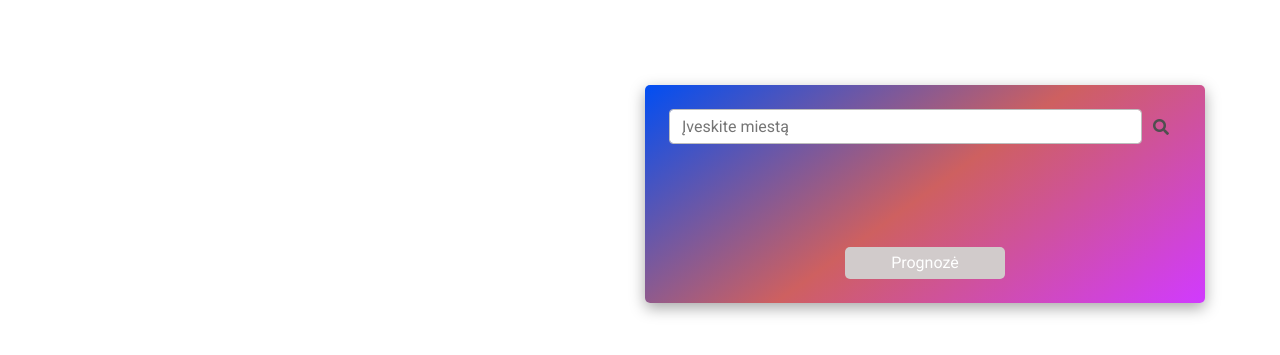
Repository: daxazz1/Weather-app
Page: index.html
The author's editor kept a copy of each file at every save. The page is drawn from the files as they stood at one save, then again after the next save.
The browser window is 1280 px wide. The pictures show the whole page.
Some web fonts or font styles are not loaded; a fallback is used. Some web libraries are served in a nearby version.

Above is the page before, as saved 2021-11-08 12:31:39.

After the next save:
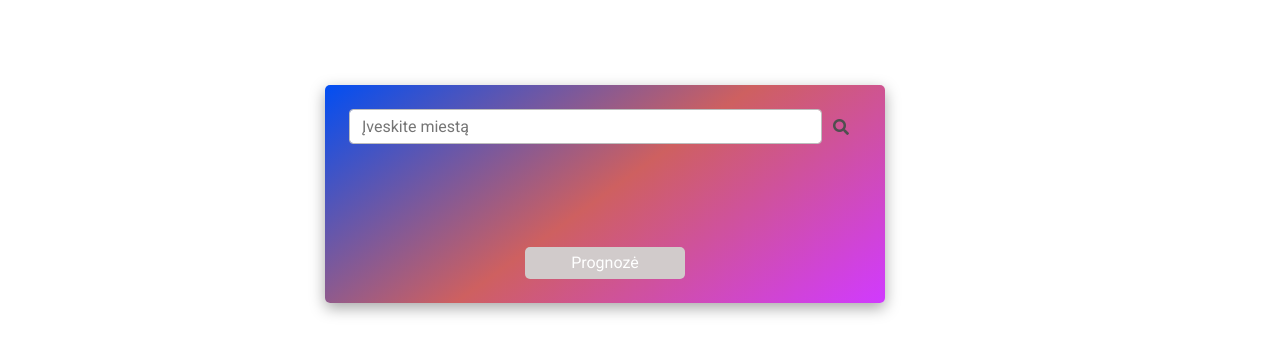
Saved 7 s later.
--- a/style.css
+++ b/style.css
@@ -3,7 +3,7 @@
   height: auto;
   display: block;
   padding-top: 5rem;
-  margin: 0 50%;
+  margin: 0 25%;
 }
 #wrapper1,
 #wrapper2 {
